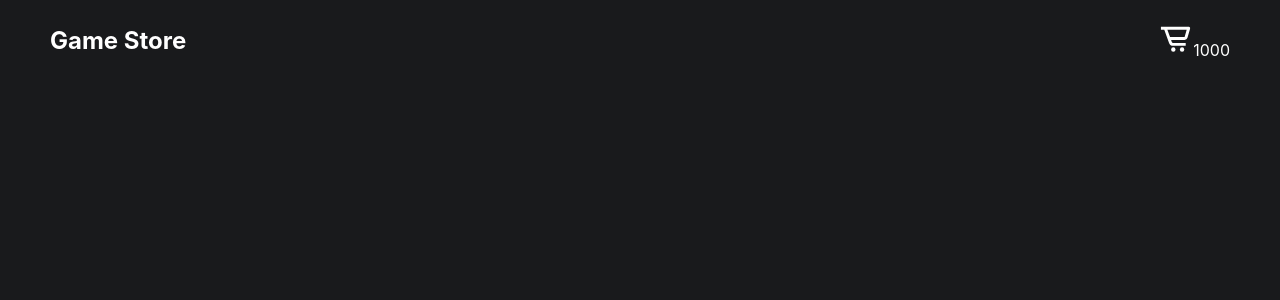
Repository: Minkeani/GameStore
Page: /
The author's editor kept a copy of each file at every save. The page is drawn from the files as they stood at one save, then again after the next save.
The browser window is 1280 px wide. The pictures show the whole page.
The project was rebuilt for these pictures with package versions that can differ from the ones it lists, and the page was loaded fresh each time. Also part of the build but not shown: src/components/CartBlock/CartBlock.css.

Above is the page before, as saved 2022-09-06 21:04:05.

### src/index.js
import React from 'react';
import ReactDOM from 'react-dom/client';
import './index.css';
import App from './App';
import reportWebVitals from './reportWebVitals';

const root = ReactDOM.createRoot(document.getElementById('root'));
root.render(
    <App />
);

### src/index.css
body {
  margin: 0;
  font-family: -apple-system, BlinkMacSystemFont, 'Segoe UI', 'Roboto', 'Oxygen',
    'Ubuntu', 'Cantarell', 'Fira Sans', 'Droid Sans', 'Helvetica Neue',
    sans-serif;
  -webkit-font-smoothing: antialiased;
  -moz-osx-font-smoothing: grayscale;
  background: rgb(25, 26, 28)
}

code {
  font-family: source-code-pro, Menlo, Monaco, Consolas, 'Courier New',
    monospace;
}

.App {
  max-width: 1180px;
  padding: 0 40px;
  color: white;
  margin: 0 auto;
}

a {
  color: white;
  text-decoration: none
}

### src/App.js
import {
  BrowserRouter,
  Routes,
  Route,
} from "react-router-dom";
import Header from "./components/Header/Header";
import HomePage from "./pages/HomePage/HomePage";


function App() {
  return (
    <BrowserRouter>
      <div className="App">
        <Header/>
      <Routes>
        <Route path="/" element={<HomePage />} />
      </Routes>
      </div>
    </BrowserRouter>

  );
}

export default App;

### src/components/Header/Header.js
import React from 'react'
import { Link } from 'react-router-dom'
import CartBlock from '../CartBlock/CartBlock'
import './Header.css'

export default function Header() {
  return (
    <div className="header">
      <div className="wrapper">
            <Link to='/' className='header__store-title'>Game Store</Link>
      </div>
      <div className="wrapper header__cart-btn-wrapper">
        <CartBlock/>
      </div>
    </div>
  )
}

### src/pages/HomePage/HomePage.js
import React from 'react'

export default function HomePage() {
  return (
    <div>

    </div>
  )
}

### src/components/CartBlock/CartBlock.jsx
import React from 'react'
import './CartBlock.css'
import {BiCartAlt} from 'react-icons/bi'

export default function CartBlock() {
  return (
    <div>
      <BiCartAlt size={35} className='cart-block__item'/>
      <span>1000</span>
    </div>
  )
}

### src/components/Header/Header.css
.header {
    height: 80px;
    display: flex;
    align-items: center;
    justify-content: space-between;
    margin-bottom: 30px;
}

.wrapper {
    display: flex;
    flex-grow: 1;
}

.header__store-title {
    color: white;
    text-decoration: none;
    font-size: 24px;
    font-weight: bold;
}

.header__cart-btn-wrapper {
    justify-content: flex-end;
}

Loaded but not shown: public/index.html (common file); src/reportWebVitals.js (common file)

After the next save:
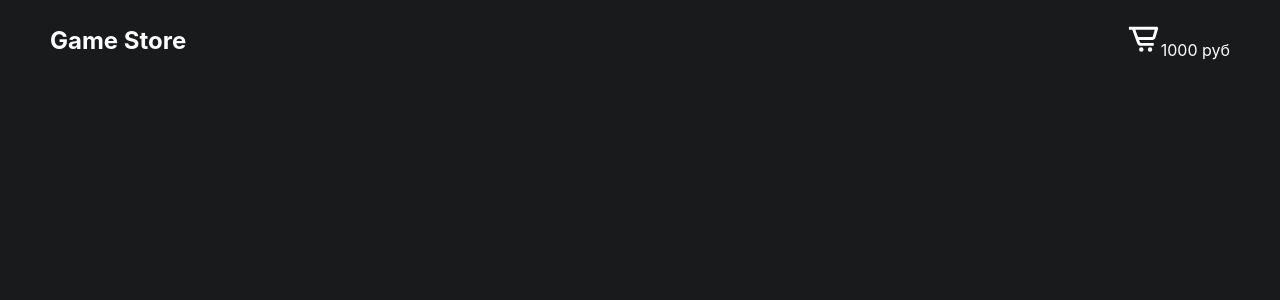
Saved 40 s later.
--- a/src/components/CartBlock/CartBlock.jsx
+++ b/src/components/CartBlock/CartBlock.jsx
@@ -6,7 +6,7 @@
   return (
     <div>
       <BiCartAlt size={35} className='cart-block__item'/>
-      <span>1000</span>
+      <span className='cart-block__total-price'>1000 руб</span>
     </div>
   )
 }
